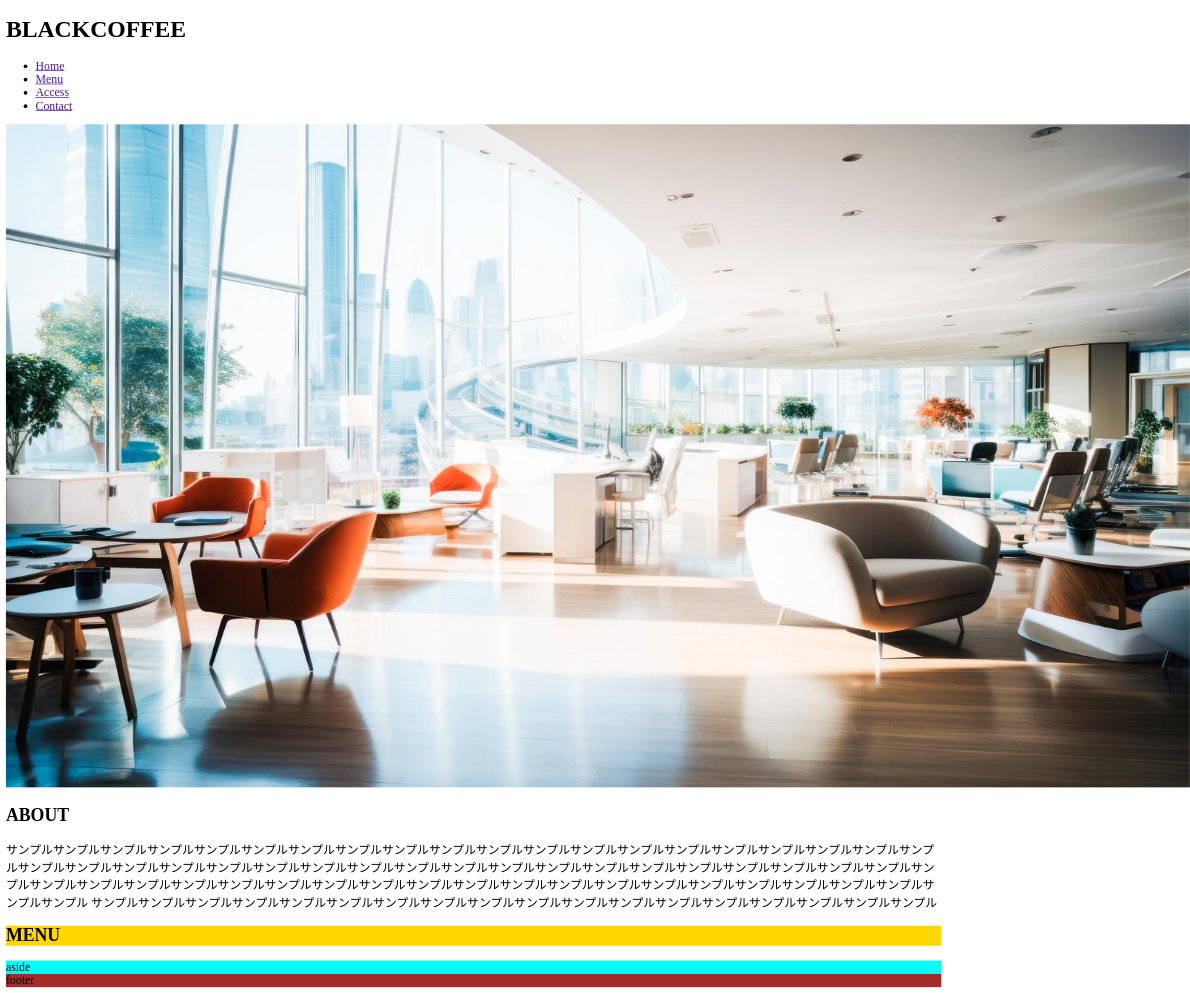
Repository: elle821208/Ayakomi-Cafe
Page: index.html
The author's editor kept a copy of each file at every save. The page is drawn from the files as they stood at one save, then again after a run of saves.
The browser window is 1280 px wide. The page is 1608 px wide, so the pictures cover 1608 px, including what lies to the right of the window. The pictures show the whole page, at 74% of full size.

Above is the page before, as saved 2025-02-28 07:33:39.

### index.html
<!DOCTYPE html>
<html lang="ja">
    <head>
        <meta charset="UTF-8">
        <meta name="viewport" content="width=device-width, initial-scale=1.0">
        <title>BLACKCOFFEE</title>
        <link rel="stylesheet" href="assets/css/common.css">
        <link rel="stylesheet" href="assets/css/index.css">
    </head>
    <body>
        <!--https://www.youtube.com/watch?v=D6aeJTnGvHo-->
        <!--HTMLCSS基礎プラス実践で使える技術盛込みパワーアップ2024-->
        <!--https://www.pakutaso.com/20230807241post-48316.html-->
        <!--ぱくたそ-->
        <!--https://icooon-mono.com/-->
        <!--アイコン-->
        <!--22:00～-->
        <header>
            <div class="container">
                <h1>BLACKCOFFEE</h1>
                <nav>
                    <ul>
                        <li><a href="">Home</a></li>
                        <li><a href="">Menu</a></li>
                        <li><a href="">Access</a></li>
                        <li><a href="">Contact</a></li>
                    </ul>
                </nav>

            </div>

        </header>

        <main>
            <section class="hero">
                <img src="assets/images/top.jpg" alt="ブラックコーヒーの飲食スペース">
                <div class="container">

                </div>

            </section>

            <section class="about">
                <div class="container">
                    <h2>ABOUT</h2>
                    <p>サンプルサンプルサンプルサンプルサンプルサンプルサンプルサンプルサンプルサンプルサンプルサンプルサンプルサンプルサンプルサンプルサンプルサンプルサンプルサンプルサンプルサンプルサンプルサンプルサンプルサンプルサンプルサンプルサンプルサンプルサンプルサンプルサンプルサンプルサンプルサンプルサンプルサンプルサンプルサンプルサンプルサンプルサンプルサンプルサンプルサンプルサンプルサンプルサンプルサンプルサンプルサンプルサンプルサンプルサンプルサンプルサンプルサンプルサンプルサンプルサンプル
                        サンプルサンプルサンプルサンプルサンプルサンプルサンプルサンプルサンプルサンプルサンプルサンプルサンプルサンプルサンプルサンプルサンプルサンプル</p>

                </div>

            </section>

            <section class="menu" style="background-color:gold ;">
                <h2>MENU</h2>
                <div class="container">

                </div>

            </section>

        </main>

        <aside style="background-color: aqua;">
            aside
            <div class="container">

            </div>

        </aside>

        <footer style="background-color: brown;">
            footer
            <div class="container">

            </div>

        </footer>

    </body>
</html>

Loaded but not shown: assets/css/index.css (common file); assets/css/common.css (no copy from this time; the picture is the same without it)

After the next 10 saves:
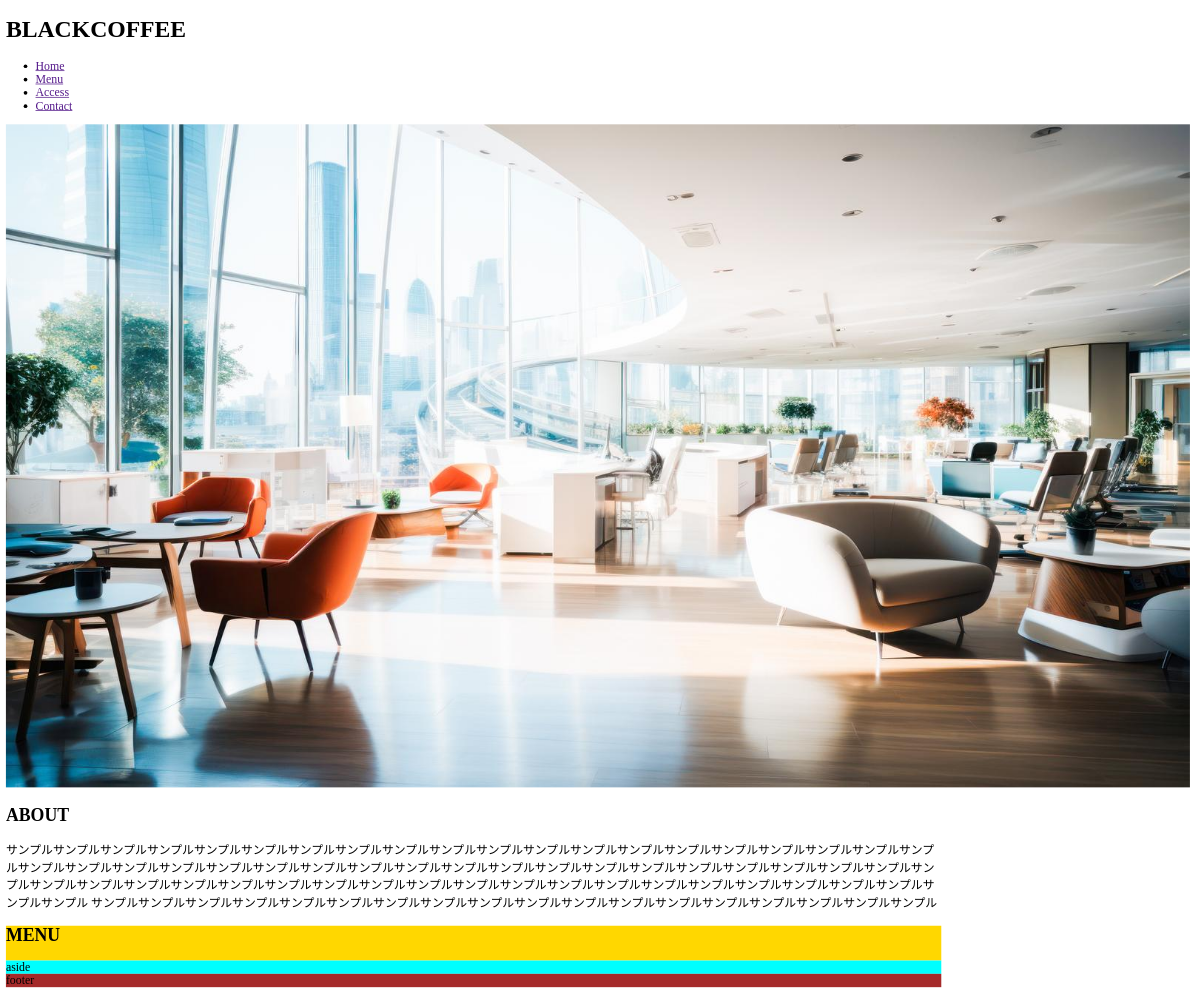
The 10 saves are shown as one change because they came seconds apart.
The last was saved 36 s later.
--- a/index.html
+++ b/index.html
@@ -51,8 +51,13 @@
             </section>
 
             <section class="menu" style="background-color:gold ;">
-                <h2>MENU</h2>
                 <div class="container">
+                    <h2>MENU</h2>
+                    <table>
+                        <tr></tr>
+                        <tr></tr>
+                        <tr></tr>
+                    </table>
 
                 </div>
 
